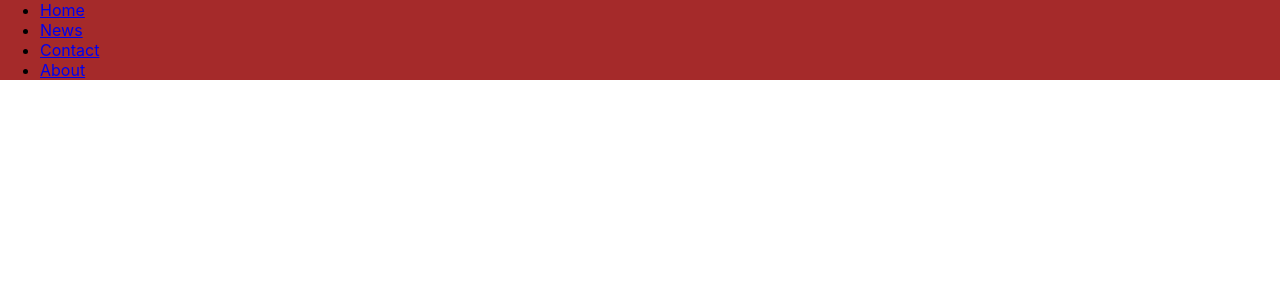
Repository: tusharpasricha/owlsomecoffee
Page: /
These files come from the project's save history. The page is drawn as it stood at one moment and after the next save; the edit follows.
The browser window is 1280 px wide. The pictures show the whole page.
The project was rebuilt for these pictures with package versions that can differ from the ones it lists, and the page was loaded fresh each time.

Above is the page before, as saved 2021-09-27 08:31:23.

### src/App.js

//import './App.css';
import Navbar from './components/navbar';

function App() {
  return (
    <div className="App">
     <Navbar>
     </Navbar>

    </div>
  );
}

export default App;

### src/components/navbar.js
import React from 'react'
import './navbar.css'

const Navbar = () => {
    return (
    <div className="nav">
<ul>
  <li><a href="default.asp">Home</a></li>
  <li><a href="news.asp">News</a></li>
  <li><a href="contact.asp">Contact</a></li>
  <li><a href="about.asp">About</a></li>
</ul>
    </div>
    )
}

export default Navbar

### src/components/navbar.css
*{
    margin: 0%;

}
div{
    background-color: brown;
}

Loaded but not shown: public/index.html (common file); src/index.js (common file); src/index.css (common file)

After the next save:
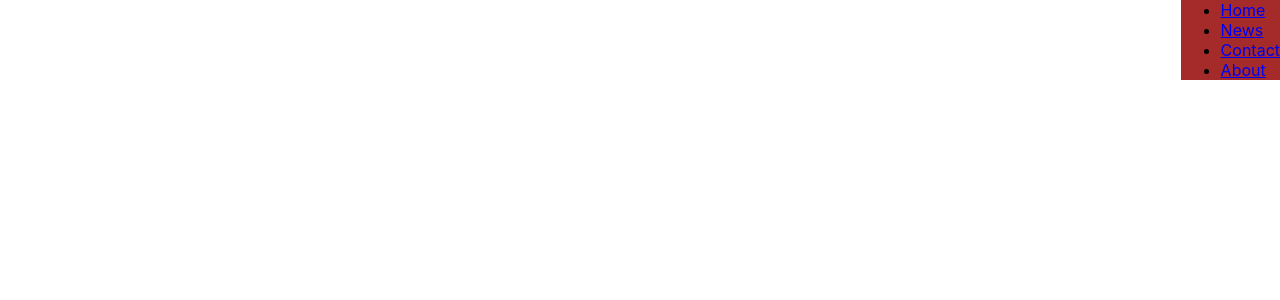
Saved 34 s later.
--- a/src/components/navbar.css
+++ b/src/components/navbar.css
@@ -4,4 +4,6 @@
 }
 div{
     background-color: brown;
+    display: flex;
+    float: right;
 }
